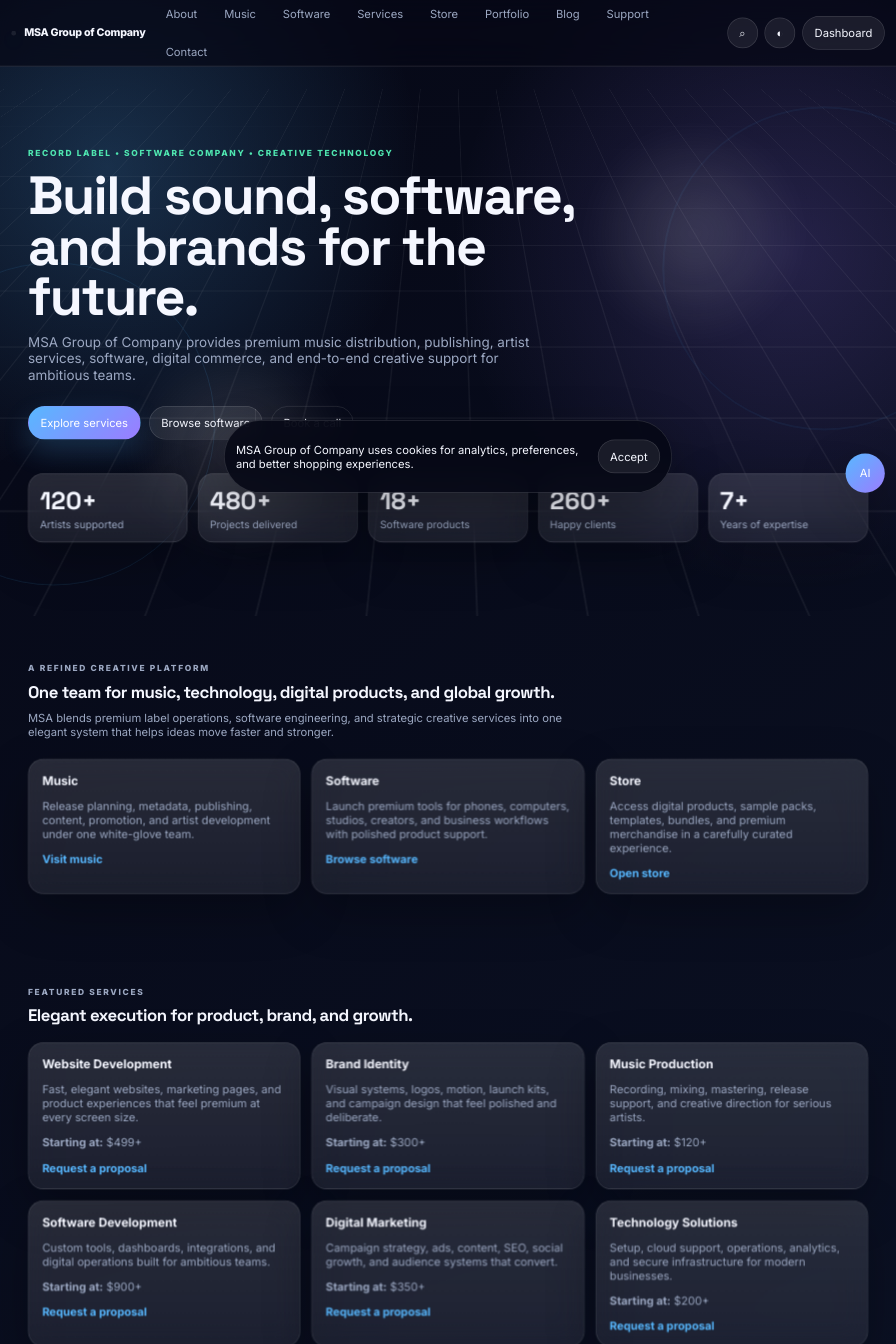
Repository: wifiasert/MSA-Group-of-Company
Page: index.html
An editor plug-in stored every save of this project. The page is shown before and after the next save, followed by the edit.
The browser window is 1280 px wide. The pictures show the part of the page from y = 0 to 1920 px (the page is 2992 px tall before and 2971 px after), at 70% of full size.

Above is the page before, as saved 2026-07-10 03:05:32.

After the next save:
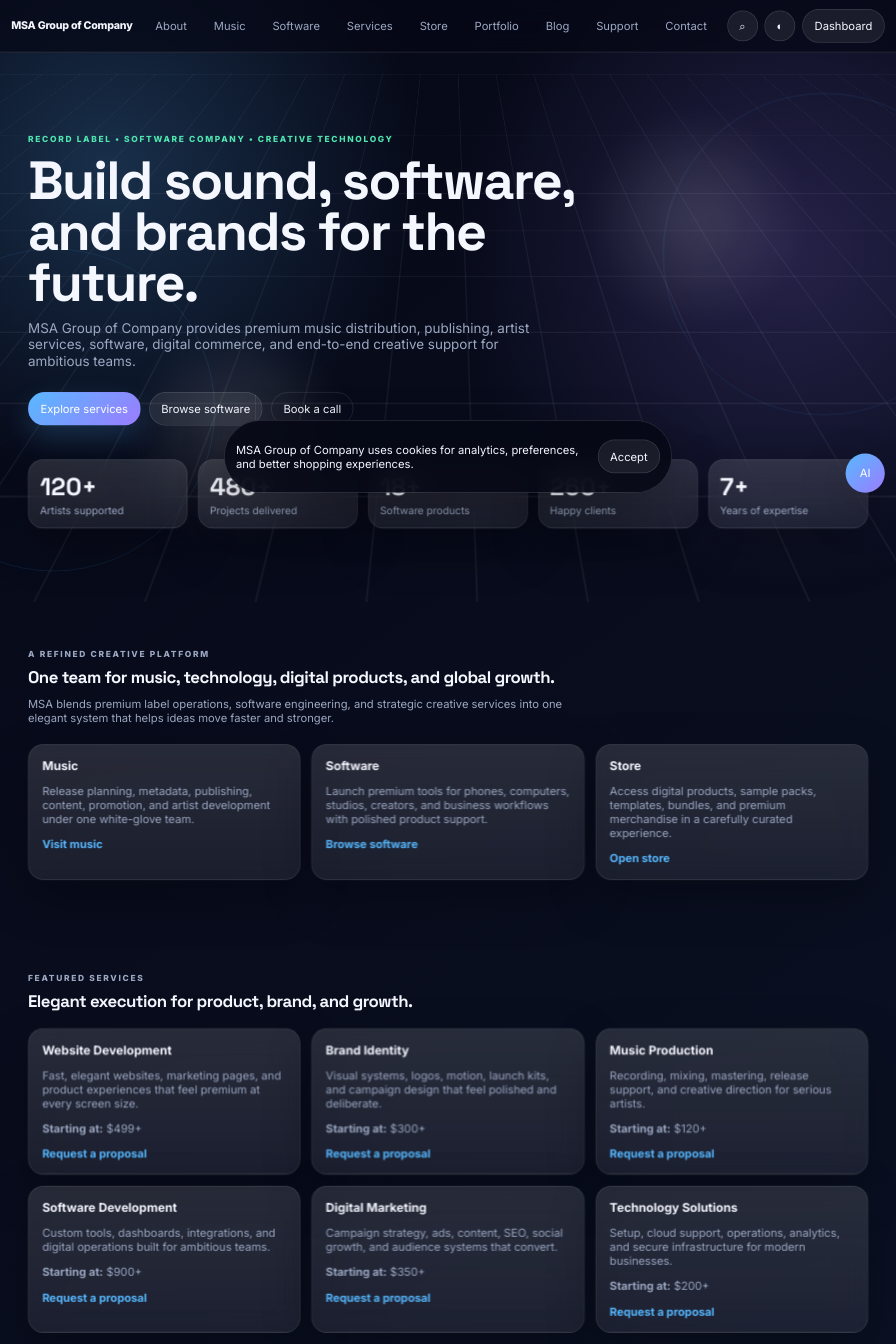
Saved 54 s later.
--- a/index.html
+++ b/index.html
@@ -22,7 +22,7 @@
   <a class="skip-link" href="#main">Skip to content</a>
   <header class="site-header">
     <nav class="nav-shell" aria-label="Primary navigation">
-      <a class="brand" href="/" aria-label="MSA Group of Company home"><img class="brand-logo" src="/images/logo%20n%20copy.jpg" alt="MSA Group of Company logo"><span class="brand-text">MSA Group of Company</span></a>
+      <a class="brand" href="/" aria-label="MSA Group of Company home"><span class="brand-text">MSA Group of Company</span></a>
       <button class="icon-button nav-toggle" type="button" aria-label="Open navigation" aria-expanded="false">☰</button>
       <div class="nav-links" id="navLinks">
         <div class="nav-item"><a href="/about/">About</a></div>
@@ -58,7 +58,7 @@
     <section class="section reveal"><div class="section-heading"><p class="eyebrow">Client experience</p><h2>Everything you need to submit, shop, manage, and grow in one place.</h2></div><div class="content-grid"><article class="glass-card"><h3>Submit music</h3><p>Share your next release with a professional team that understands global rollout, branding, and audience growth.</p><a class="secondary-button" href="/music/artist-services/">Join the label</a></article><article class="glass-card"><h3>Open a dashboard</h3><p>Manage orders, subscriptions, downloads, ticket support, and account details from a calm and secure panel.</p><a class="secondary-button" href="/dashboard/">Open dashboard</a></article><article class="glass-card"><h3>Stay in the loop</h3><p>Read product updates, music insights, and creative strategy pieces from the MSA editorial desk.</p><a class="secondary-button" href="/blog/">Read blog</a></article></div></section>
   </main>
   <footer class="site-footer">
-    <div><a class="brand" href="/" aria-label="MSA Group of Company home"><img class="brand-logo" src="/images/logo%20n%20copy.jpg" alt="MSA Group of Company logo"><span class="brand-text">MSA Group of Company</span></a><p>Music, software, creative production, digital commerce, and technology solutions.</p></div>
+    <div><a class="brand" href="/" aria-label="MSA Group of Company home"><span class="brand-text">MSA Group of Company</span></a><p>Music, software, creative production, digital commerce, and technology solutions.</p></div>
     <form class="newsletter" data-form="newsletter"><label>Newsletter<input required type="email" placeholder="Email address"></label><button class="secondary-button" type="submit">Subscribe</button></form>
   </footer>
   <dialog class="modal" id="searchModal"><button class="icon-button close-modal" data-close type="button">×</button><h2>Search MSA Group of Company</h2><input id="siteSearch" placeholder="Search services, products, support, blog..."><div id="searchResults" class="search-results"></div></dialog>
--- a/styles.css
+++ b/styles.css
@@ -69,9 +69,6 @@
 }
 .brand {
   display: inline-flex; align-items: center; gap: .72rem; font-weight: 800; letter-spacing: -.02em; white-space: nowrap;
-}
-.brand-logo {
-  width: 3px; height: 3px; object-fit: contain; border-radius: 12px; padding: .22rem; background: rgba(255,255,255,.08); box-shadow: 0 10px 24px rgba(88,184,255,.16);
 }
 .brand-text { line-height: 1.1; font-size: .95rem; }
 .nav-links { display: flex; align-items: center; gap: .8rem; margin-left: auto; flex-wrap: wrap; }
